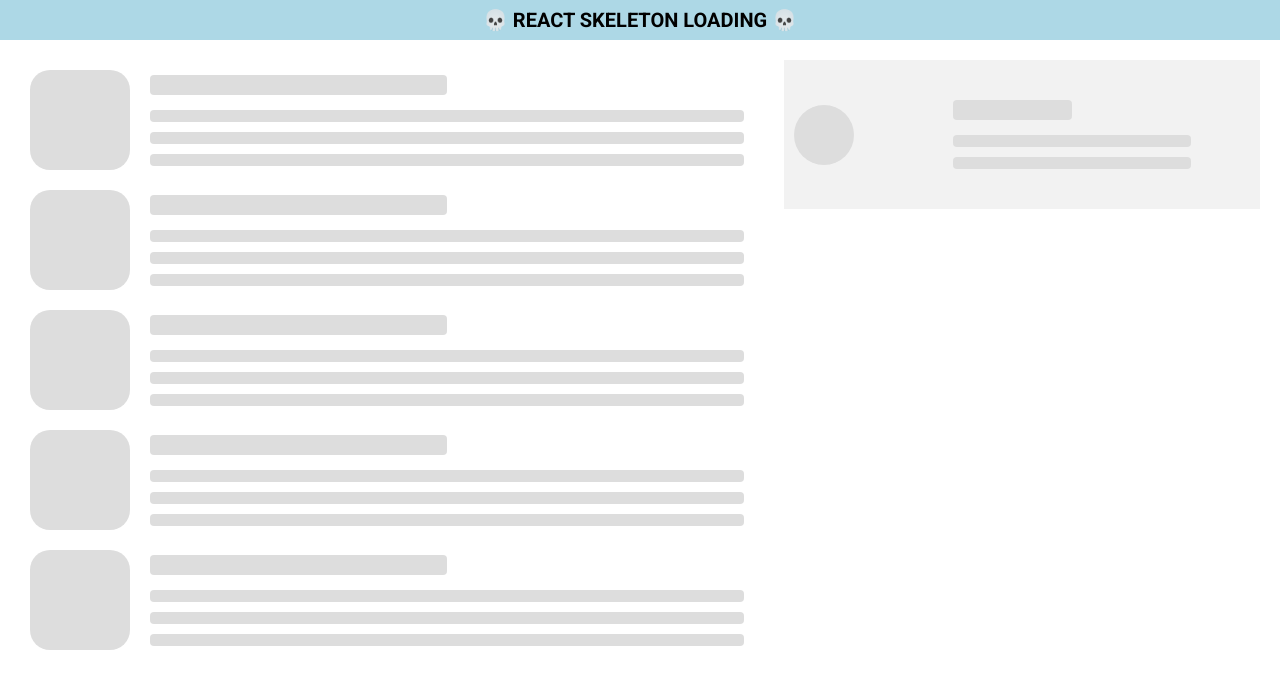
Repository: ethanJones21/React-Skeleton-Loading
Page: /
An editor plug-in stored every save of this project. The page is shown before and after the next save, followed by the edit.
The browser window is 1280 px wide. The pictures show the whole page.
The page's requests for data from a server got no answer. The project was rebuilt for these pictures with package versions that can differ from the ones it lists, and the page was loaded fresh each time. No one was signed in, and anything a server would have sent is missing. Also part of the build but not shown: src/components/Post.css, src/components/Post.js.

Above is the page before, as saved 2020-11-26 03:32:48.

After the next save:
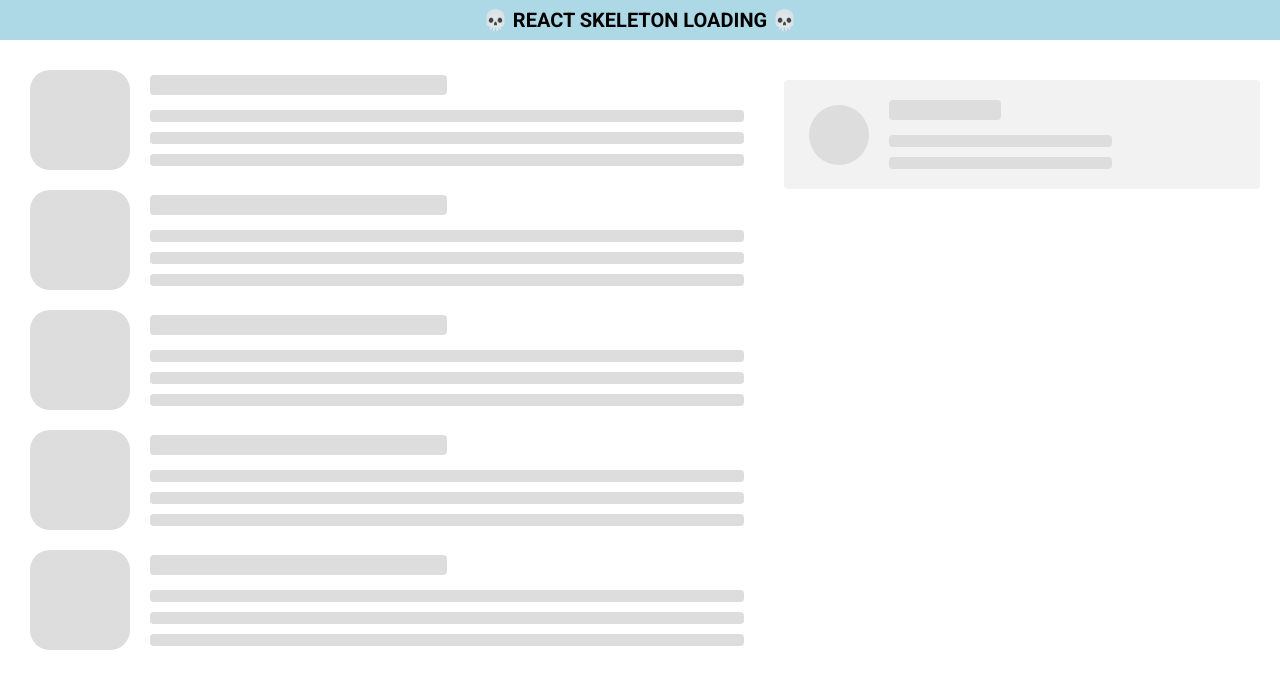
Saved 20 s later.
--- a/src/skeleton/UserSkeleton.css
+++ b/src/skeleton/UserSkeleton.css
@@ -3,13 +3,13 @@
   align-items: center;
   width: 100%;
   background: #f2f2f2;
-}
-
-.userSkeletonRight {
   margin: 20px auto;
   padding: 10px 15px;
   border-radius: 4px;
   position: relative;
   overflow: hidden;
+}
+
+.userSkeletonRight {
   width: 50%;
 }
